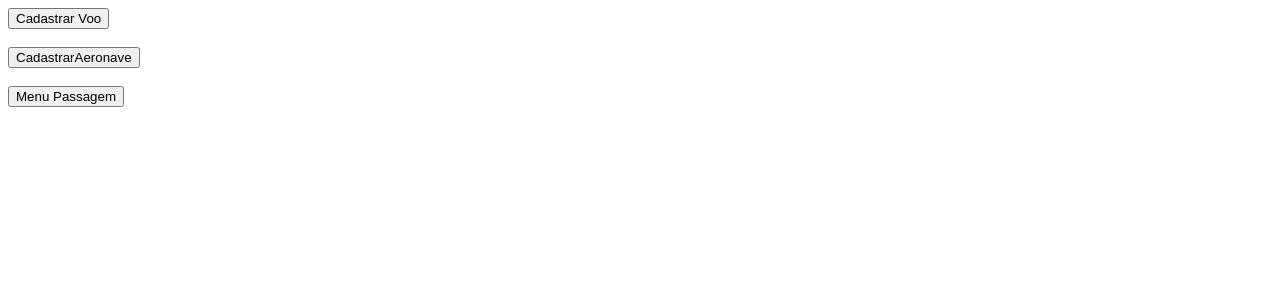
Repository: leal554/ProjetoVendaPassagemAereaWEB
Page: http://localhost/ProjetoVendaPassagemAereaWEB/Menu.jsp
An editor plug-in stored every save of this project. The page is shown before and after the next save, followed by the edit.
The browser window is 1280 px wide. The pictures show the whole page.
The page is served by Tomcat 9. Other server files are loaded and not shown.

Above is the page before, as saved 2015-10-15 22:55:17.

### ProjetoVendaPassagemAereaWEB/WebContent/Menu.jsp
<%@ page language="java" contentType="text/html; charset=ISO-8859-1"
    pageEncoding="ISO-8859-1"%>
<!DOCTYPE html PUBLIC "-//W3C//DTD HTML 4.01 Transitional//EN" "http://www.w3.org/TR/html4/loose.dtd">
<html>
<head>
<meta http-equiv="Content-Type" content="text/html; charset=ISO-8859-1">
<title>Insert title here</title>
</head>
<body>
	<div>
		<button name="cadastrarVoo" href="./Home.jsp">Cadastrar Voo</button>
	</div>
	<br>
	<div>
		<button type="submit" value="Submit" name="cadastrarAeronave">CadastrarAeronave</button>
	</div>
	<br>
	<div>
		<button type="submit" value="Submit" name="menuPassagem">Menu Passagem</button>
	</div>
</body>
</html>

After the next save:
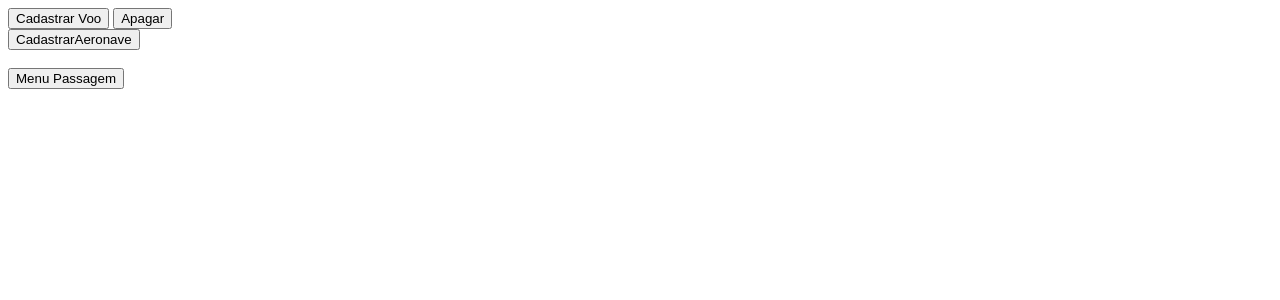
Saved 68 s later.
--- a/ProjetoVendaPassagemAereaWEB/WebContent/Menu.jsp
+++ b/ProjetoVendaPassagemAereaWEB/WebContent/Menu.jsp
@@ -9,6 +9,7 @@
 <body>
 	<div>
 		<button name="cadastrarVoo" href="./Home.jsp">Cadastrar Voo</button>
+		<button onclick="window.location.href='./Home.jsp'">Apagar</button
 	</div>
 	<br>
 	<div>
